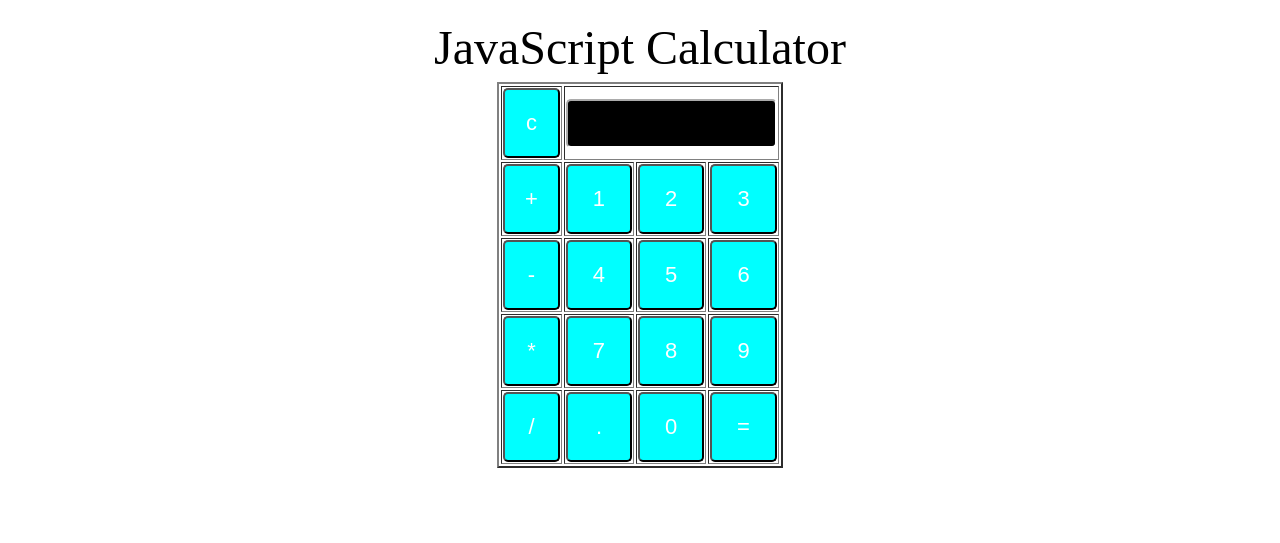
Repository: spidero7/Simple-Calculator
Page: index.html
These files come from the project's save history. The page is drawn as it stood at one moment and after the next save; the edit follows.
The browser window is 1280 px wide. The pictures show the whole page.

Above is the page before, as saved 2021-09-15 07:24:21.

### index.html
<!DOCTYPE html>
<html lang="en">
<head>
    <meta charset="UTF-8">
    <meta http-equiv="X-UA-Compatible" content="IE=edge">
    <meta name="viewport" content="width=device-width, initial-scale=1.0">
    <title>Calculator</title>
    <link rel="stylesheet" href="style.css">
</head>
<body>
    <div class="container">
        <div class="title">JavaScript Calculator</div>
        <div class="calculator-container">
            <table border="2">
                <tr>
                    <td><input type="button" value="c" onclick="clr()"/></td>
                    <td colspan="3"><input type="text" id="textvalue"/></td>
                </tr>
                <tr>
                    <td><input type="button" value="+" onclick="display('+')"/></td>
                    <td><input type="button" value="1" onclick="display('1')"/></td>
                    <td><input type="button" value="2" onclick="display('2')"/></td>
                    <td><input type="button" value="3" onclick="display('3')"/></td>
                </tr>
                <tr>
                    <td><input type="button" value="-" onclick="display('-')"/></td>
                    <td><input type="button" value="4" onclick="display('4')"/></td>
                    <td><input type="button" value="5" onclick="display('5')"/></td>
                    <td><input type="button" value="6" onclick="display('6')"/></td>
                </tr>
                <tr>
                    <td><input type="button" value="*" onclick="display('*')"/></td>
                    <td><input type="button" value="7" onclick="display('7')"/></td>
                    <td><input type="button" value="8" onclick="display('8')"/></td>
                    <td><input type="button" value="9" onclick="display('9')"/></td>
                </tr>
                <tr>
                    <td><input type="button" value="/" onclick="display('/')"/></td>
                    <td><input type="button" value="." onclick="display('.')"/></td>
                    <td><input type="button" value="0" onclick="display('0')"/></td>
                    <td><input type="button" value="=" onclick="evaluate()"/></td>
                </tr>
            </table>
        </div>
    </div>
    <script src="app.js"></script>
</body>
</html>

### style.css
* {
    box-sizing: border-box;
}

body {
    margin: 0;
    padding: 0;
}

.calculator-container {
    display: flex;
    justify-content: center;
    align-items: center;
    width: 100vw;
    height: 50vh;
}

.title {
    text-align: center;
    margin: 20px;
    font-size: 3rem;
}

input[type="button"] {
    background-color: aqua;
    color: white;
    border-radius: 5px;
    border-color: black;
    width: 100%;
    padding: 20px;
    font-size: 22px;
}

input[type="text"] {
    border-radius: 5px;
    text-align: right;
    background-color: black;
    color: white;
    border-color: white;
    width: 100%;
    padding: 15px;
}

Loaded but not shown: app.js (no copy from this time; the picture is the same without it)

After the next save:
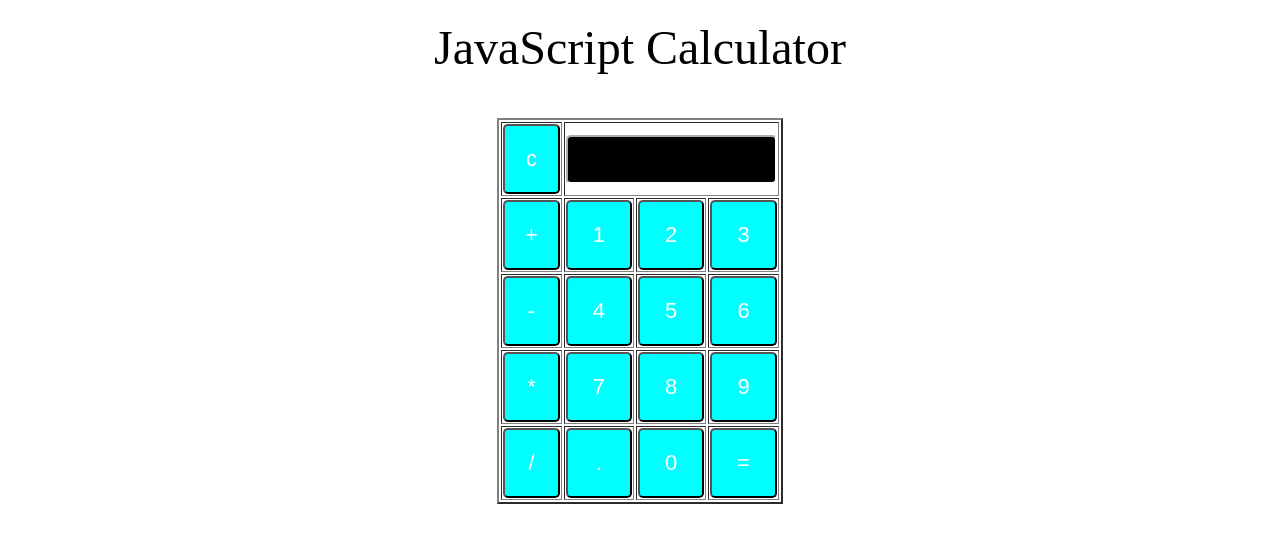
Saved 77 s later.
--- a/style.css
+++ b/style.css
@@ -12,7 +12,7 @@ body {
     justify-content: center;
     align-items: center;
     width: 100vw;
-    height: 50vh;
+    height: 60vh;
 }
 
 .title {
